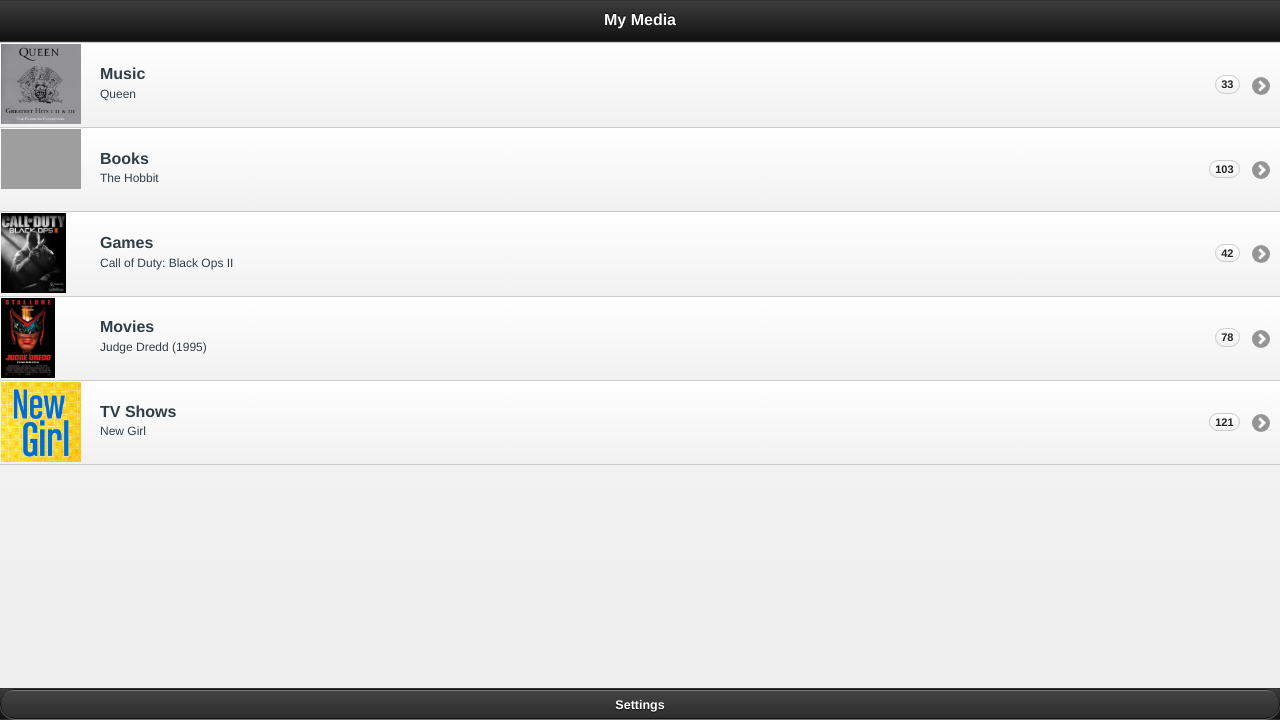
Repository: shavo0915/MediaCollectionApp
Page: MediaCollectionApp/assets/www/index.html
The author's editor kept a copy of each file at every save. The page is drawn from the files as they stood at one save, then again after the next save.
The browser window is 1280 px wide. The pictures show the whole page.
Pictures or frames that could not be fetched are drawn as grey boxes.

Above is the page before, as saved 2013-01-31 21:34:57.

After the next save:
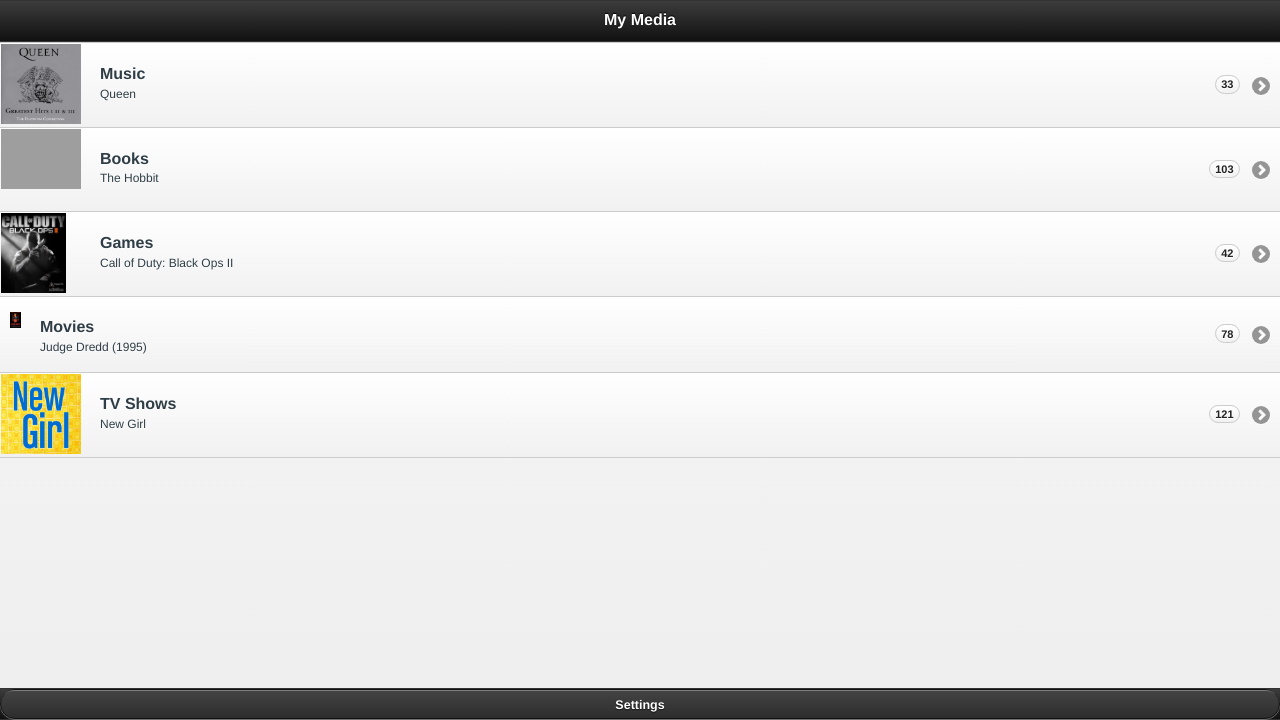
Saved 14 s later.
--- a/MediaCollectionApp/assets/www/index.html
+++ b/MediaCollectionApp/assets/www/index.html
@@ -42,7 +42,7 @@
 			</li>
 			<li>
 				<a href="">
-					<img src="img\Judge_Dredd.jpg" class="cui-li-icon">
+					<img src="img\Judge_Dredd.jpg" class="ui-li-icon">
 					<h3>Movies</h3>
 					<p>Judge Dredd (1995)</p>
 					<span class="ui-li-count">78</span>
